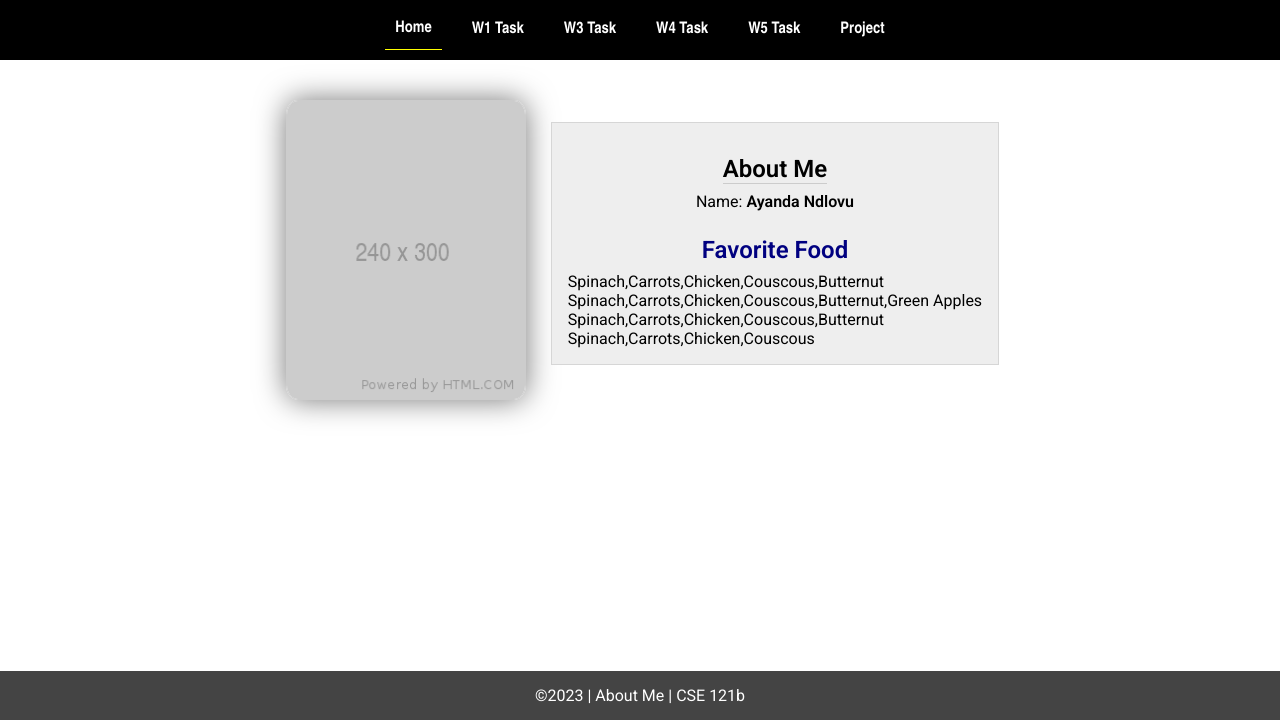
Repository: mszakutumela/cse121b
Page: index.html
An editor plug-in stored every save of this project. The page is shown before and after the next save, followed by the edit.
The browser window is 1280 px wide. The pictures show the whole page.

Above is the page before, as saved 2023-10-07 15:27:13.

### index.html
<!DOCTYPE html>
<html lang="en">

<head>
  <meta charset="UTF-8">
  <meta name="viewport" content="width=device-width, initial-scale=1.0">
  <title>About Me | CSE 121b | W02: Programming Tasks</title>
  <link rel="preconnect" href="https://fonts.googleapis.com">
  <link rel="preconnect" href="https://fonts.gstatic.com" crossorigin>
  <link href="https://fonts.googleapis.com/css2?family=Roboto:wght@400;600&display=swap"
    rel="stylesheet">
  <link rel="stylesheet" href="styles/main.css">
</head>

<body>
  <nav>
    <ul id="menu">
      <li><a id="toggleMenu">&equiv;</a></li>
      <li><a href="index.html" class="active">Home</a></li>
      <li><a href="w01-task.html">W1 Task</a></li>
      <li><a href="w03-task.html">W3 Task</a></li>
      <li><a href="w04-task.html">W4 Task</a></li>
      <li><a href="w05-task.html">W5 Task</a></li>
      <li><a href="project.html">Project</a></li>
    </ul>
  </nav>
  <main id="home">
    <picture>
      <!-- <img src="images/20221109_183304.jpg" alt="Image_of_Me"> you must not change anything in this document-->
      <img src="images/placeholder.png" alt="Placeholder Image">
    </picture>
    <section>
      <h1>About Me</h1>
      <div class="info">Name: <span id="name"></span></div>
      <h2>Favorite Food</h2>
      <div class="block" id="food"></div>
    </section>
  </main>
  <footer>
    &copy;<span id="year"></span> | About Me | CSE 121b
  </footer>
  <script src="scripts/main.js"></script>
  <script src="scripts/w02-task.js"></script>
</body>

</html>

### styles/main.css
/* Universal Selector */
* {
    margin: 0;
    padding: 0;
    box-sizing: border-box;
}

/* HTML Selectors */
body {
    font-family: 'Roboto', Helvetica, sans-serif;
}

nav {
    background-color: black;
    width: 100%;
    position: fixed;
    top: 0;
}

nav ul {
    display: flex;
    flex-direction: column;
    align-items: center;
    max-width: -moz-fit-content;
    max-width: fit-content;
    margin: 0 auto;
}

nav ul li {
    flex: 1 1 auto;
}

nav ul li:first-child {
    display: block;
    font-size: 2rem;
}

nav ul li:first-child a {
    padding: 1px 10px;
}

nav ul li {
    display: none;
    list-style: none;
    margin: 10px;
}

nav ul li a {
    display: block;
    padding: 10px;
    text-decoration: none;
    font-weight: 600;
    color: white;
    text-align: center;
    font-family: 'Arial Narrow', Arial, sans-serif;
}

nav ul li a:hover {
    background-color: #efefef;
    color: black;
}

h1,
h2 {
    text-align: center;
    margin: 1rem 0 .5rem;
}

h1 {
    border-bottom: 1px solid #ccc;
}

#gridly h1 {
    margin-top: 80px;
}

h2 {
    font-size: 1.5rem;
    color: navy;
    text-align: center;
    margin-top: 25px;
}

h3 {
    font-size: 1.3rem;
    margin-bottom: 1rem;
}

header {
    margin-top: 70px;
}

picture {
    margin: 0 auto;
}

picture img {
    width: 240px;
    height: auto;
    border-radius: 5%;
    border: 1px solid #ccc;
    box-shadow: 0 0 30px #777;
}

section {
    display: flex;
    flex-direction: column;
    align-items: center;
    margin: 0 auto 1rem;
    border: 1px solid rgba(0, 0, 0, .1);
    padding: 1rem;
    background-color: #eee;
}

article {
    margin-bottom: 1rem;
}

article div {
    margin-bottom: .5rem;
    text-align: right;
}

label {
    padding: .35rem;
}

input {
    padding: .35rem;
}

input[type="button"] {
    padding: .5rem;
    background-color: #444;
    color: white;
    border: none;
    border-radius: 5px;
    cursor: pointer;
    width: 100%
}

input[type="checkbox"] {
    width: 25px;
    height: 25px;
}

dt {
    font-weight: 700;
}

dt::before {
    content: "🏘️ ";
}

dd {
    margin: 0 0 .5rem 2rem;
    font-size: smaller;
}

footer {
    background-color: #444;
    color: white;
    padding: 15px;
    text-align: center;
    width: 100%;
    position: fixed;
    bottom: 0;
}

/* Class Selectors */
.active {
    border-bottom: 1px solid yellow;
}

.open li {
    display: block;
}

.block {
    display: block;
}

.larger {
    font-size: larger;
    color: red;
}

.right {
    width: 100%;
    text-align: right;
}

.middle {
    display: flex;
    align-items: center;
    justify-content: right;
    gap: 1rem;
}

/* ID Selectors */

#home {
    margin-top: 125px;
    display: grid;
    grid-template-columns: 1fr;
    grid-gap: 20px;
    align-items: center;
    justify-content: center;
}


#section1 {
    background-color: rgb(225, 250, 225, .5);
}

#section2 {
    background-color: rgba(200, 200, 250, 0.5);

}

#section2 div {
    margin-bottom: 1rem;
}

#section3 {
    background-color: rgb(250, 225, 250, .5);
}

#sortBy {
    appearance: none;
    display: flex;
    padding: .5rem;
    background-color: #eee;
    color: #444;
    font-weight: 700;
    margin: 1rem auto;
    width: 200px;
    border: 1px solid rgba(0, 0, 0, .2);
    text-align: center;
}

#sortBy option:disabled {
    font-style: italic;
    padding: 1rem;
    background-color: #111;
    color: #eee;
}

#temples {
    display: grid;
    grid-template-columns: repeat(auto-fit, minmax(320px, 1fr));
    grid-gap: .5rem;
    align-items: center;
    margin-bottom: 3rem;
}

#temples article {
    height: 250px;
    margin: .5rem;
    border: 1px solid rgba(0, 0, 0, .1);
    padding: 1rem;
    background-color: #eee;
    display: flex;
    flex-direction: column;
    align-items: center;
    justify-content: center;
}

#temples h4 {
    color: navy;
    font-size: smaller;
}


#temples img {
    width: 250px;
    height: auto;
    box-shadow: 0 0 30px #777;
    margin: .5rem;
}

/* Media Queries */
@media only screen and (min-width: 32.5em) {
    nav ul {
        flex-direction: row;
    }

    nav ul li:first-child {
        display: none;
    }

    nav ul li {
        display: block;
    }

    section {
        min-width: 300px;
    }

    #home {
        margin: 100px auto 20px;
        grid-template-columns: 250px 1fr;
        max-width: -moz-fit-content;
        max-width: fit-content;
    }

    #task3 {
        display: grid;
        grid-template-columns: 1fr 1fr;
        grid-gap: 5px;
        margin: 0 auto;
        max-width: 950px;
    }

}

### scripts/w02-task.js
/* W02-Task - Profile Home Page */

/* Step 1 - Setup type tasks - no code required */

/* Step 2 - Variables */
let fullName = "Ayanda Ndlovu";
let currentYear = new Date().getFullYear();
const profilePicture = "images/20221109_183304.jpg"

/* Step 3 - Element Variables */
const nameElement = document.getElementById('name');
const foodElement = document.getElementById('food');
const yearElement = document.querySelector('#year');
const imageElement = document.querySelector('img');

/* Step 4 - Adding Content */
nameElement.innerHTML = `<strong>${fullName}</strong>`;
yearElement.textContent = `${currentYear}`;
imageElement.setAttribute('scr', profilePicture);
imageElement.setAttribute('alt', `Profile image of ${fullName}`);
imageElement.setAttribute('title', profilePicture);

/* Step 5 - Array */
let favoriteFoods = ['Spinach', 'Carrots', 'Chicken', 'Couscous', 'Butternut'];
foodElement.innerHTML = `${favoriteFoods}`;
let anotherSingleFood = ['Green Apples'];
favoriteFoods.push(anotherSingleFood);
foodElement.innerHTML += `<br>${favoriteFoods}`;
favoriteFoods.pop(0);
foodElement.innerHTML += `<br>${favoriteFoods}`;
favoriteFoods.pop();
foodElement.innerHTML += `<br>${favoriteFoods}`;

Loaded but not shown: scripts/main.js (common file)

After the next save:
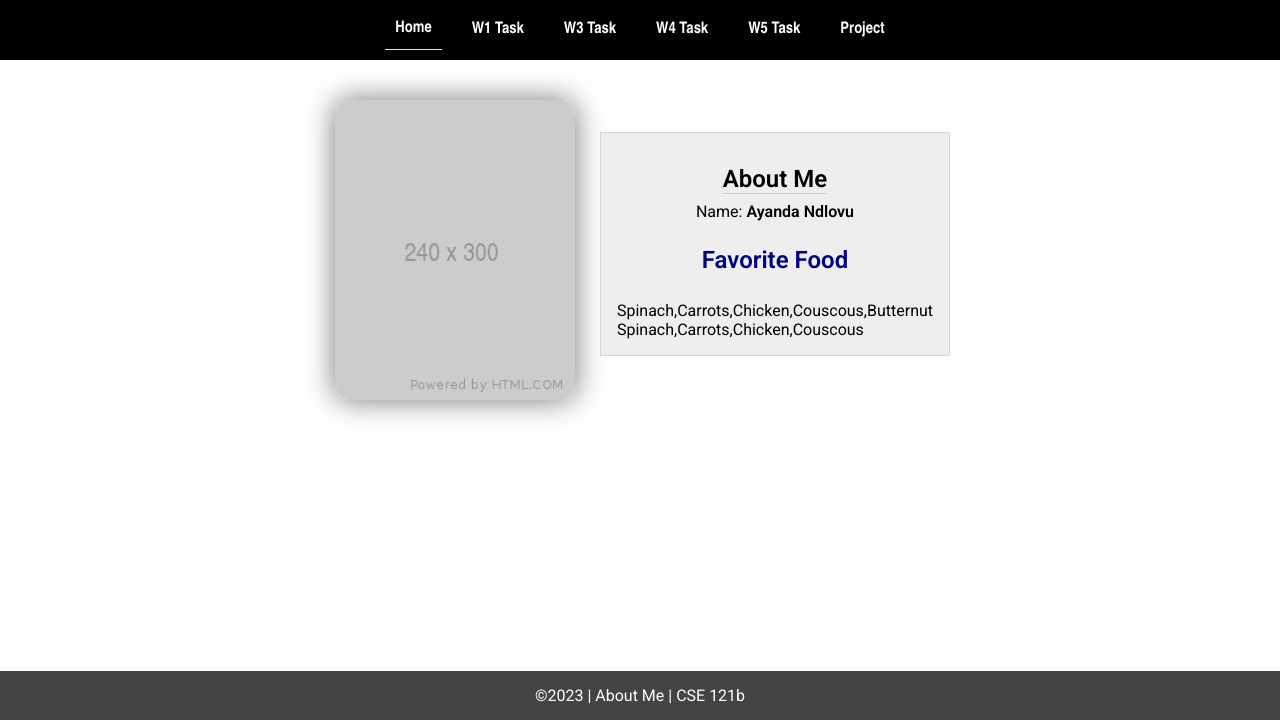
Saved 6 s later.
--- a/scripts/w02-task.js
+++ b/scripts/w02-task.js
@@ -27,6 +27,6 @@
 favoriteFoods.push(anotherSingleFood);
 foodElement.innerHTML += `<br>${favoriteFoods}`;
 favoriteFoods.pop(0);
-foodElement.innerHTML += `<br>${favoriteFoods}`;
+foodElement.innerHTML = `<br>${favoriteFoods}`;
 favoriteFoods.pop();
 foodElement.innerHTML += `<br>${favoriteFoods}`;

After the save that followed:
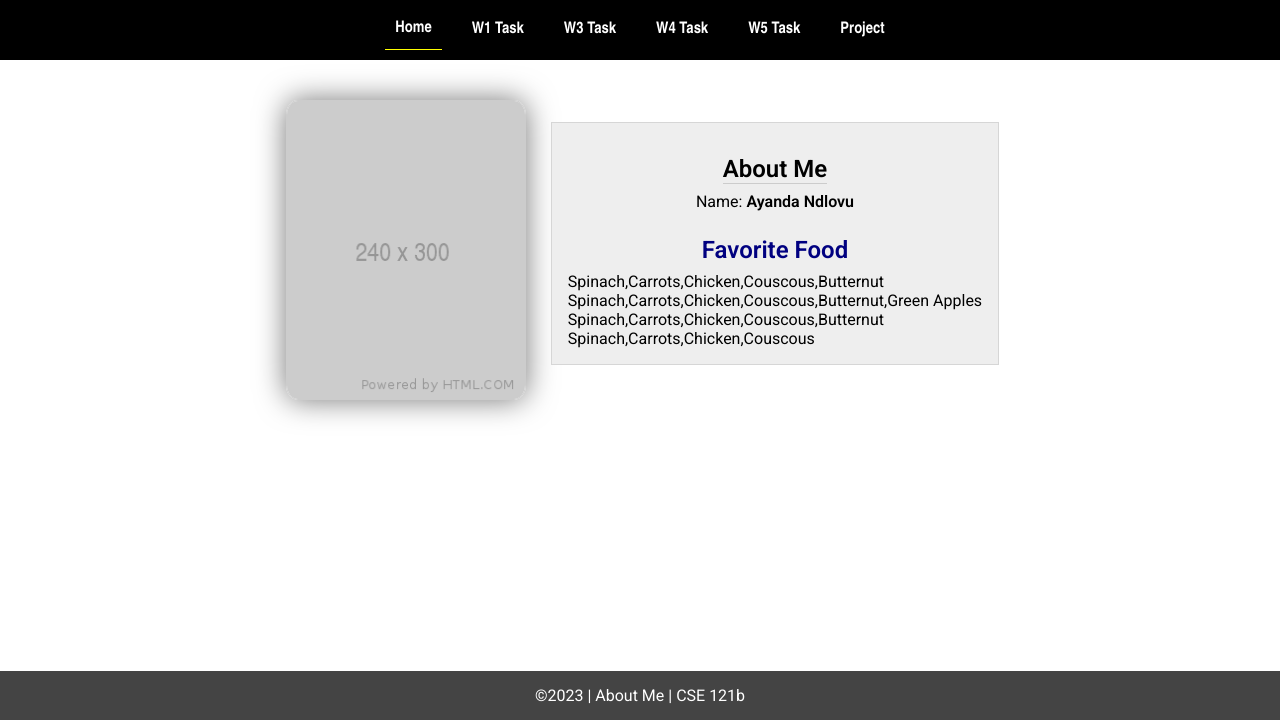
Saved 28 s later.
--- a/scripts/w02-task.js
+++ b/scripts/w02-task.js
@@ -27,6 +27,6 @@
 favoriteFoods.push(anotherSingleFood);
 foodElement.innerHTML += `<br>${favoriteFoods}`;
 favoriteFoods.pop(0);
-foodElement.innerHTML = `<br>${favoriteFoods}`;
+foodElement.innerHTML += `<br>${favoriteFoods}`;
 favoriteFoods.pop();
 foodElement.innerHTML += `<br>${favoriteFoods}`;
